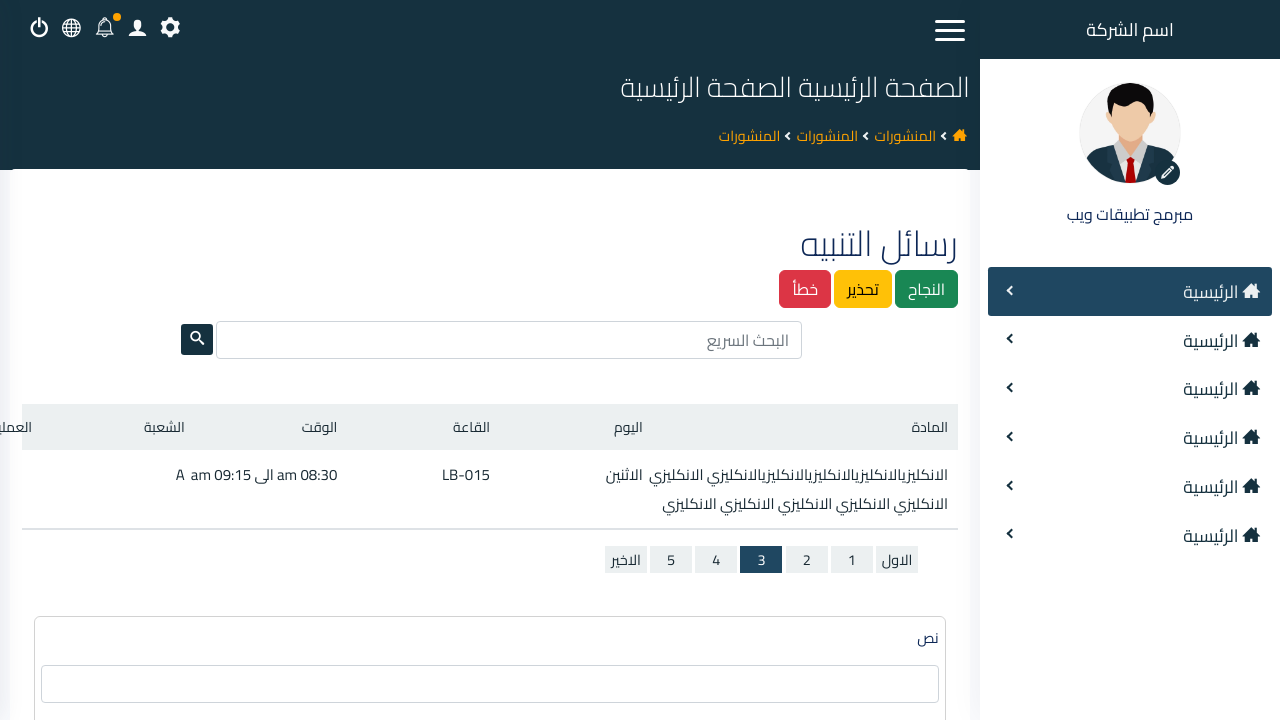
Repository: MohammedKhairi/dashboard-frontend
Page: index.html
The author's editor kept a copy of each file at every save. The page is drawn from the files as they stood at one save, then again after a run of saves.
The browser window is 1280 px wide. The pictures show the whole page.
An inner scrolling area shows only its first screen.

Above is the page before, as saved 2023-09-01 10:55:56.

After the next 2 saves:
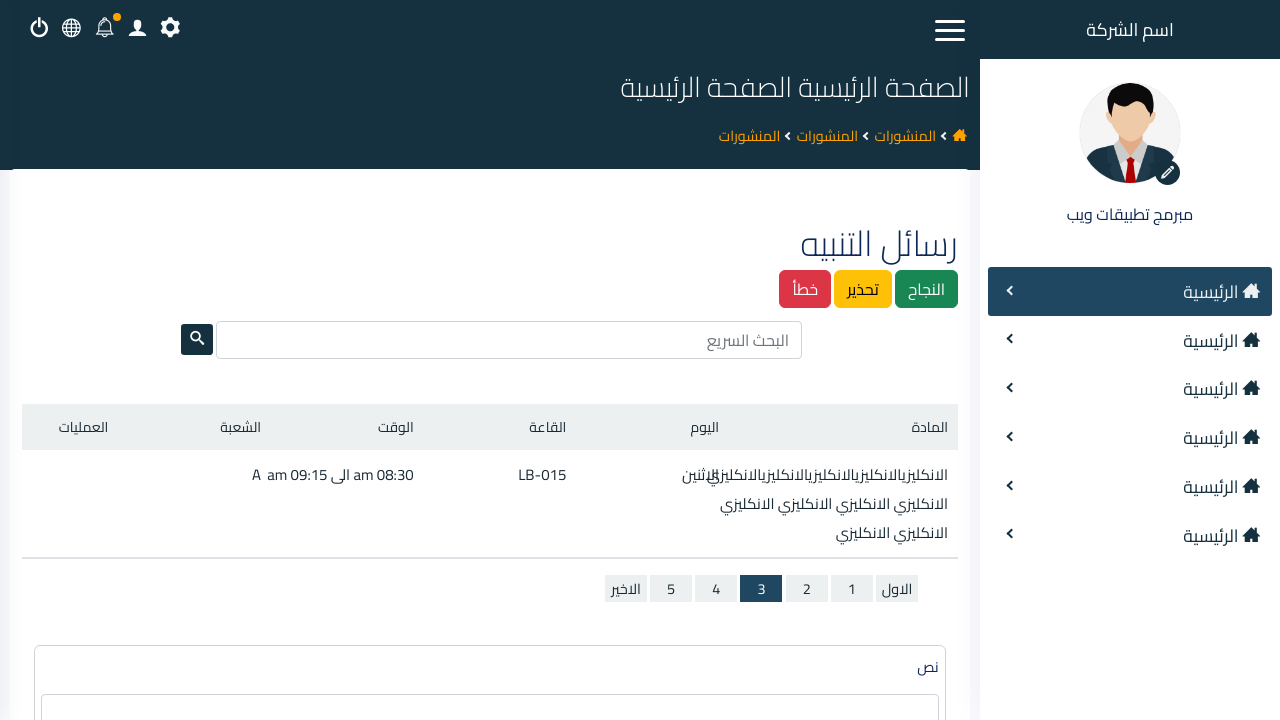
The 2 saves are shown as one change because they came seconds apart.
The last was saved 10 s later.
--- a/index.html
+++ b/index.html
@@ -255,7 +255,7 @@
                         <!--End Search bar -->
                         <ul class="responsive-table2 fmedium my-2">
                             <li class="table-header">
-                                <div class="col col-4">المادة</div>
+                                <div class="col col-3">المادة</div>
                                 <div class="col col-2">اليوم</div>
                                 <div class="col col-2">القاعة</div>
                                 <div class="col col-2">الوقت</div>
@@ -263,7 +263,7 @@
                                 <div class="col col-2">العمليات</div>
                             </li>
                             <li class="table-row border-2 border-bottom">
-                                <div class="col col-4" data-label="المادة">الانكليزيالانكليزيالانكليزيالانكليزيالانكليزي الانكليزي  الانكليزي الانكليزي الانكليزي الانكليزي الانكليزي</div>
+                                <div class="col col-3" data-label="المادة">الانكليزيالانكليزيالانكليزيالانكليزيالانكليزي الانكليزي  الانكليزي الانكليزي الانكليزي الانكليزي الانكليزي</div>
                                 <div class="col col-2" data-label="اليوم">الاثنين</div>
                                 <div class="col col-2" data-label="القاعة">LB-015</div>
                                 <div class="col col-2" data-label="الوقت">08:30 am الى 09:15 am</div>
